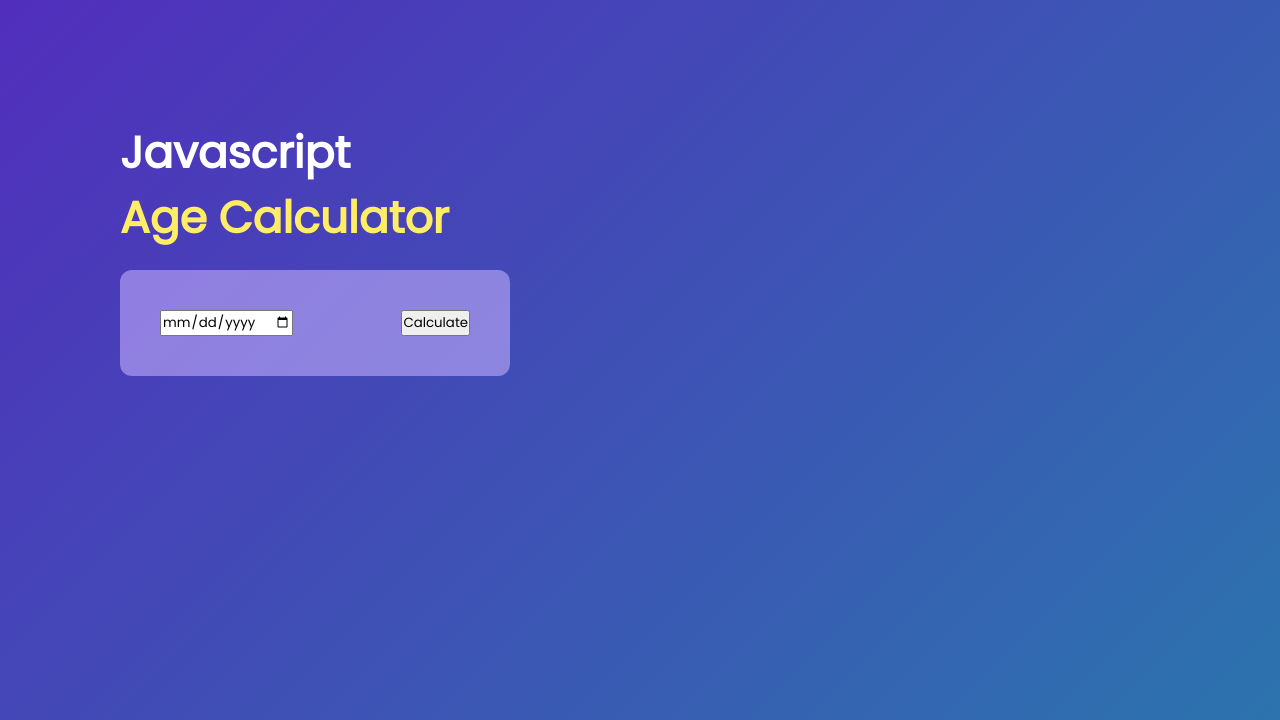
Repository: Ankitkr2021/Age-Calculator
Page: index.html
The author's editor kept a copy of each file at every save. The page is drawn from the files as they stood at one save, then again after a run of saves.
The browser window is 1280 px wide. The pictures show the whole page.

Above is the page before, as saved 2025-10-05 10:28:07.

### index.html
<!DOCTYPE html>
<html lang="en">
<head>
    <meta charset="UTF-8">
    <meta name="viewport" content="width=device-width, initial-scale=1.0">
    <title>Age Calculator</title>
    <link rel="stylesheet" href="./style.css">
</head>
<body>
    <div class="main">
        <h1 class="js">Javascript</h1>
        <h1 class="age">Age Calculator</h1>
        <div class="box">
            <input type="date">
             <button>Calculate</button>
        </div>
    </div>
</body>
</html>

### style.css
@import url("https://fonts.googleapis.com/css2?family=Poppins&display=swap");

*{
    margin: 0;
    padding: 0;
    box-sizing: border-box;
    font-family: "Poppins",sans-serif;
}

body{
    height: 100vh;
    width: 100%;
    background: linear-gradient(135deg, rgb(81, 46, 188), rgb(44, 116, 174));
}

.main{
    /* background: #fff; */
    width: 550px;
    padding: 40px;
}

.js{
    padding-top: 80px;
    padding-left: 80px;
    color: #fff;
    font-size: 44px;
    font-weight: 800;
}

.age{
    /* padding-top: 80px; */
    padding-left: 80px;
    color: #ffed65;
    font-size: 44px;
    font-weight: 800;
}

.box {
    display: flex;
    justify-content: space-between;
    background: #fff;
    padding: 40px;
    margin-top: 20px;
    margin-left: 80px;
    background: #c8b2ff8f;
    border-radius: 12px;
}

input {
    display: ;
}

After the next 2 saves:
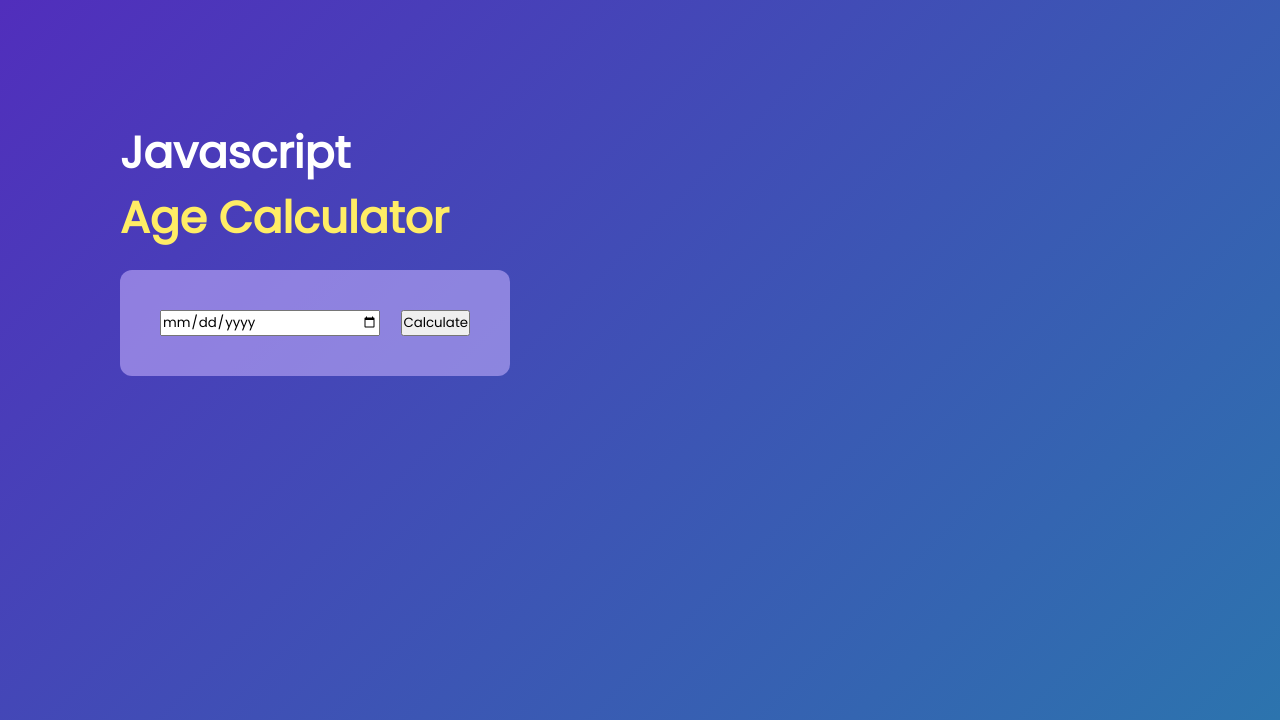
The 2 saves are shown as one change because they came seconds apart.
The last was saved 12 s later.
--- a/style.css
+++ b/style.css
@@ -47,5 +47,5 @@
 }
 
 input {
-    display: ;
+    width: 220px;
 }
